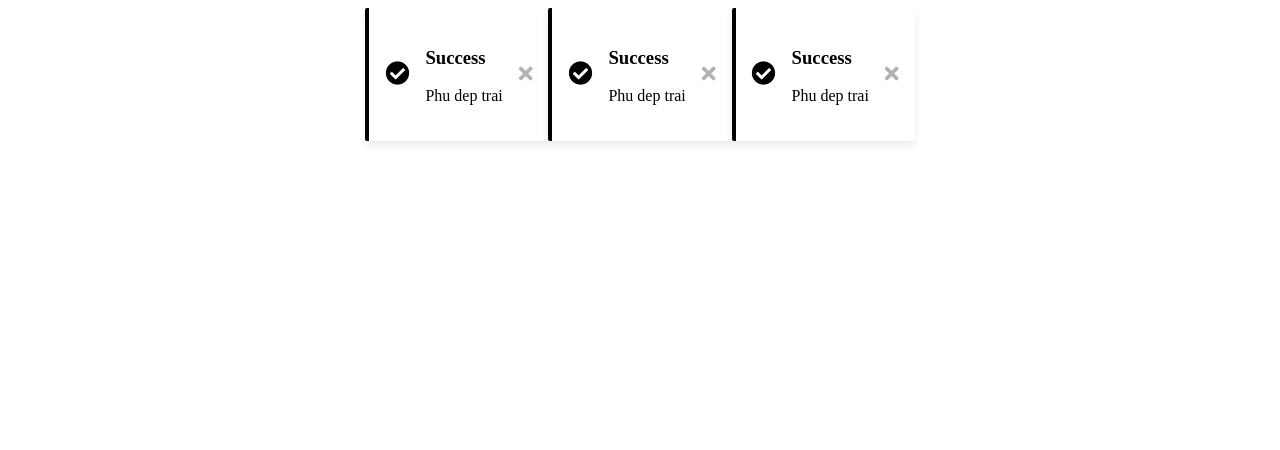
Repository: phunobi1807/theband
Page: btn.html
An editor plug-in stored every save of this project. The page is shown before and after the next save, followed by the edit.
The browser window is 1280 px wide. The pictures show the whole page.

Above is the page before, as saved 2021-06-12 12:23:58.

After the next save:
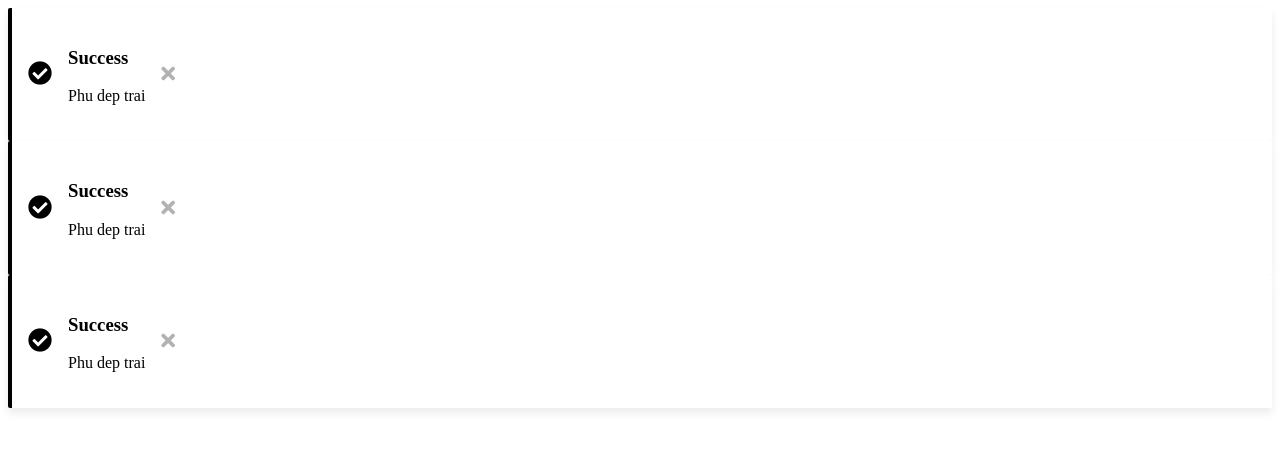
Saved 26 s later.
--- a/btn.css
+++ b/btn.css
@@ -1,8 +1,6 @@
 body > div
 {
-    display: flex;
-    align-items: center;
-    justify-content: center;
+  margin: 0;
 
 }
 .toast
